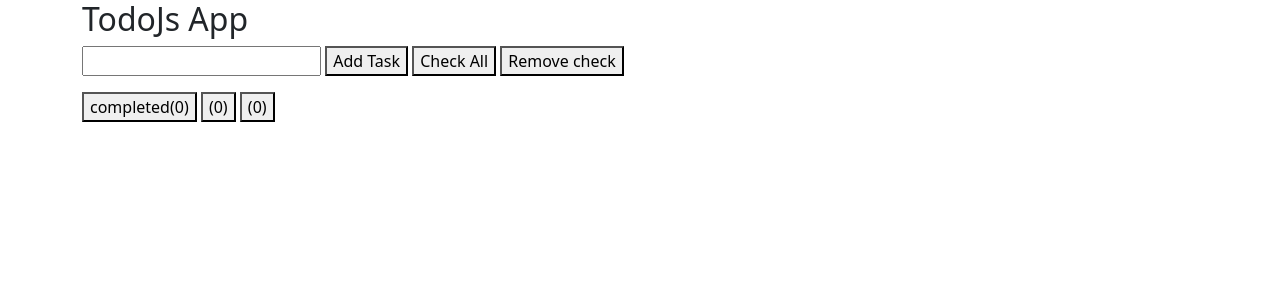
Repository: VladimirKasyanov/Todo
Page: index.html
An editor plug-in stored every save of this project. The page is shown before and after the next save, followed by the edit.
The browser window is 1280 px wide. The pictures show the whole page.

Above is the page before, as saved 2024-05-31 15:49:34.

After the next save:
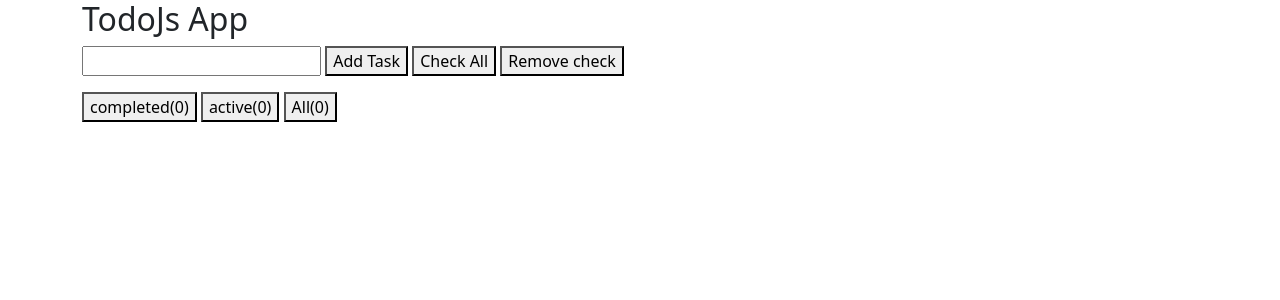
Saved 26 s later.
--- a/index.html
+++ b/index.html
@@ -29,8 +29,8 @@
         <ul class="list"></ul>
         <div class="all-button" type="button" >
           <button class="complete-tab" id="completed">completed(0)</button>
-          <button class="active-tab" id="active" >(0)</button>
-          <button class="all-tab active" id="all">(0)</button>
+          <button class="active-tab" id="active" >active(0)</button>
+          <button class="all-tab active" id="all">All(0)</button>
         <div>
       </div>
     </div>
